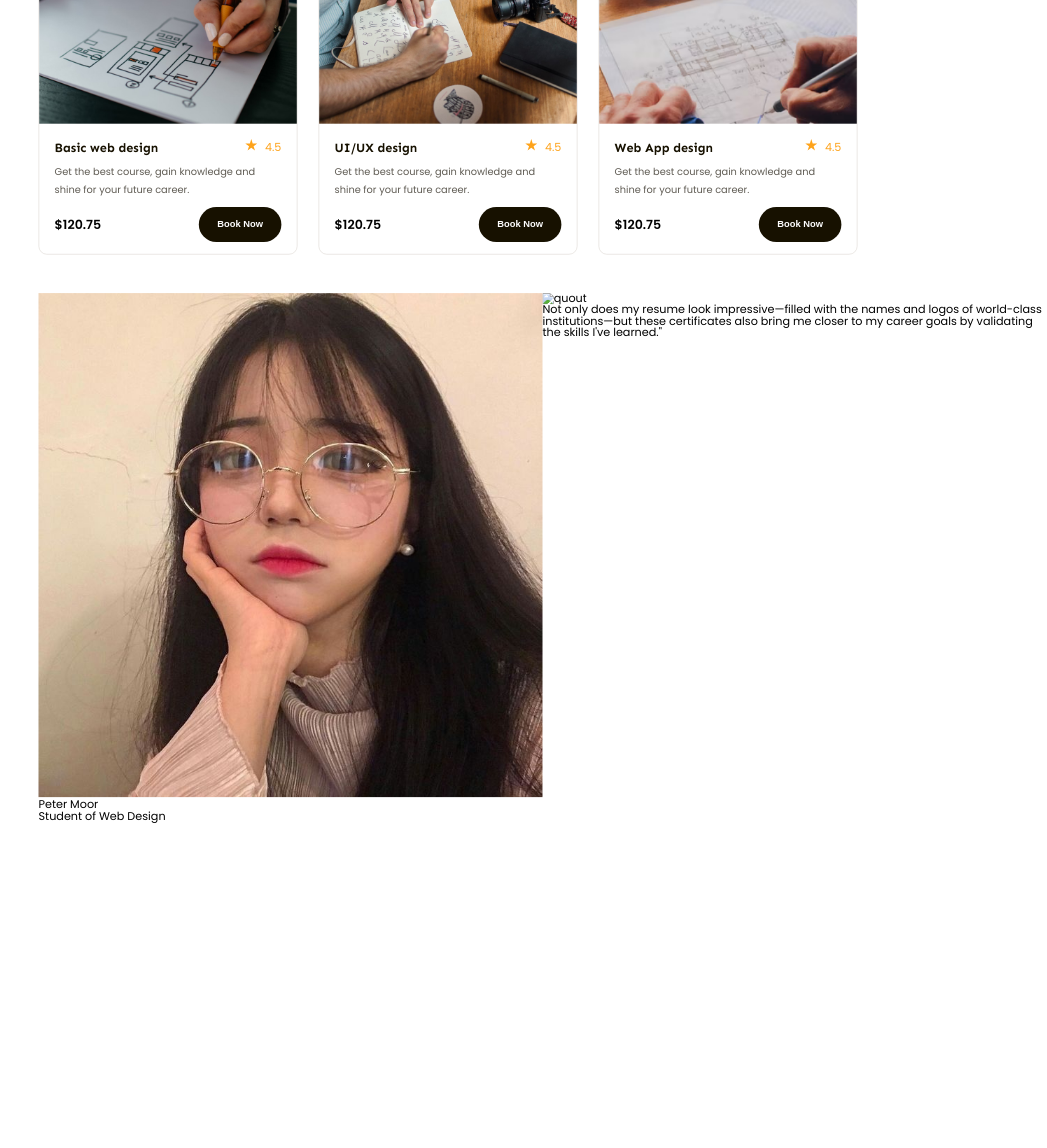
Repository: Toihoclaptrinh/duan1_figma
Page: index.html
These files come from the project's save history. The page is drawn as it stood at one moment and after the next save; the edit follows.
The browser window is 1280 px wide. The page is 1495 px wide, so the pictures cover 1495 px, including what lies to the right of the window. The pictures show the part of the page from y = 1384 to 3024 px (the page is 10000 px tall), at 70% of full size.

Above is the page before, as saved 2024-02-09 23:12:00.

After the next save:
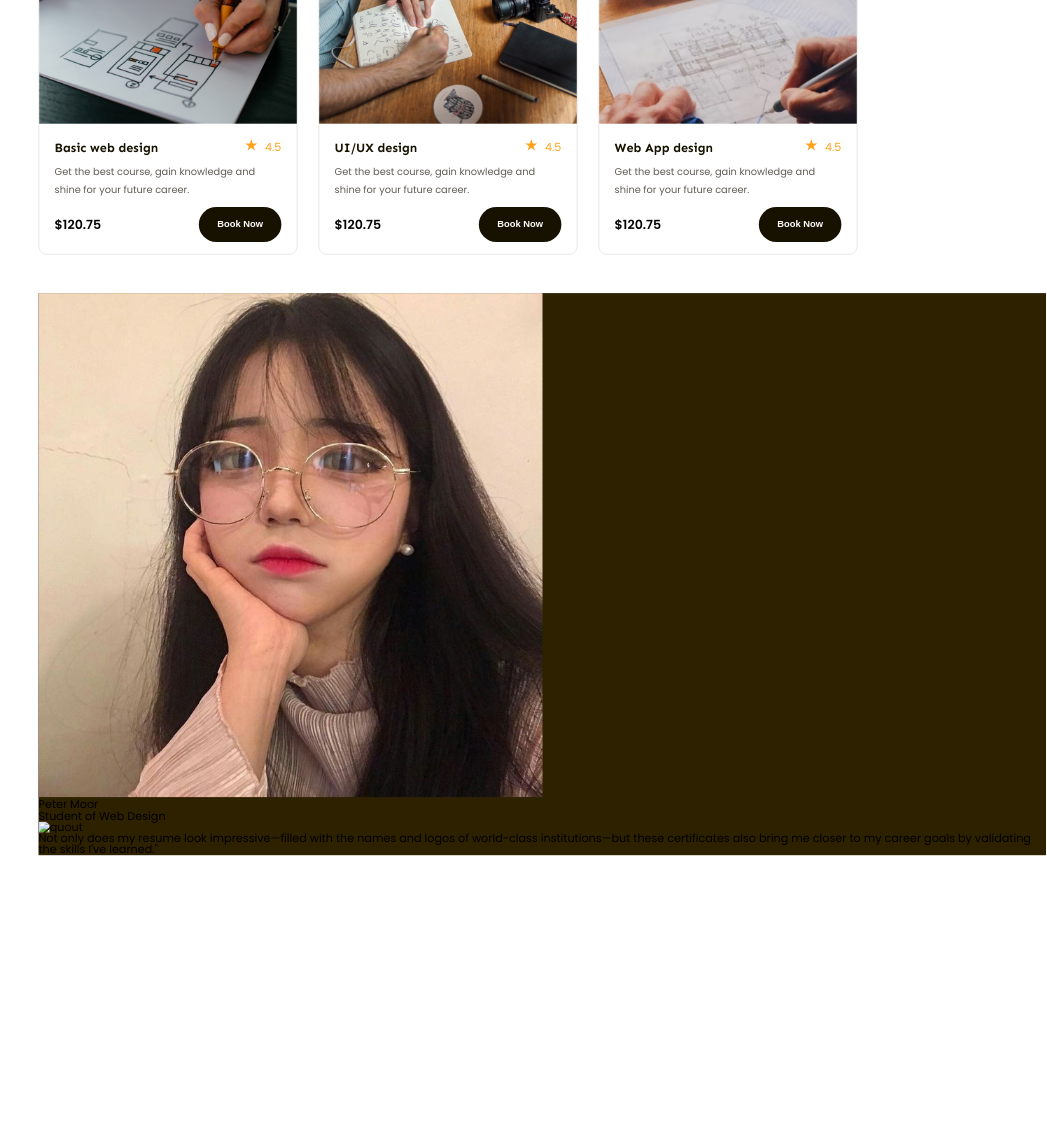
Saved 72 s later.
--- a/assets/css/style.css
+++ b/assets/css/style.css
@@ -408,5 +408,5 @@ a {
 
 .feedback .feedback-items {
   width: 1440px;
-  display: flex;
-}
+  background-color: #2e2100;
+}
